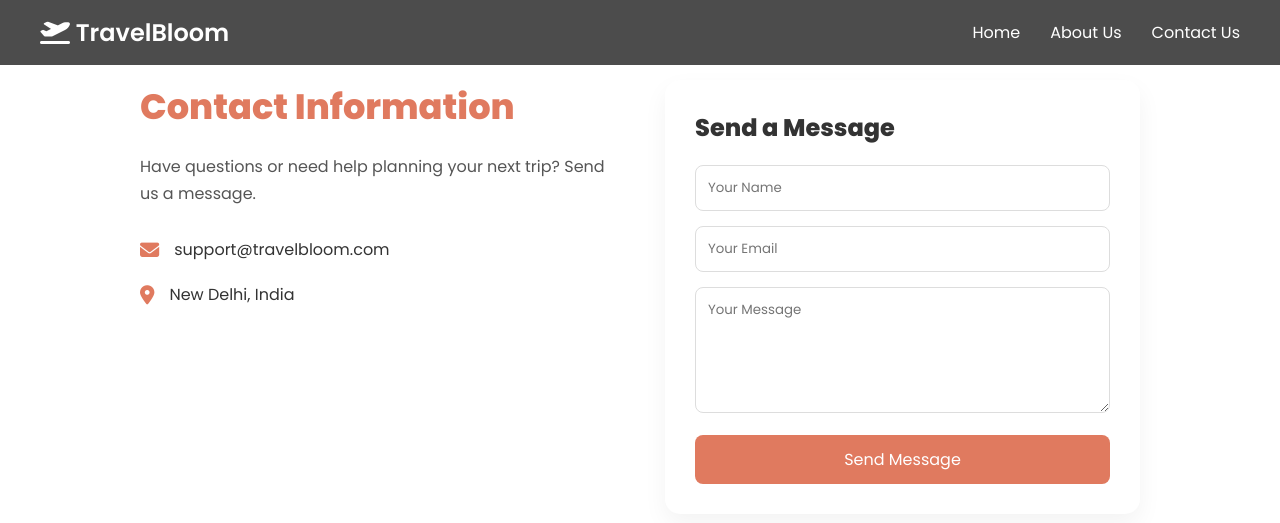
Repository: LatikaAdhikari064/TravelBloom_Project
Page: contact.html
These files come from the project's save history. The page is drawn as it stood at one moment and after the next save; the edit follows.
The browser window is 1280 px wide. The pictures show the whole page.

Above is the page before, as saved 2026-01-08 20:58:39.

After the next save:
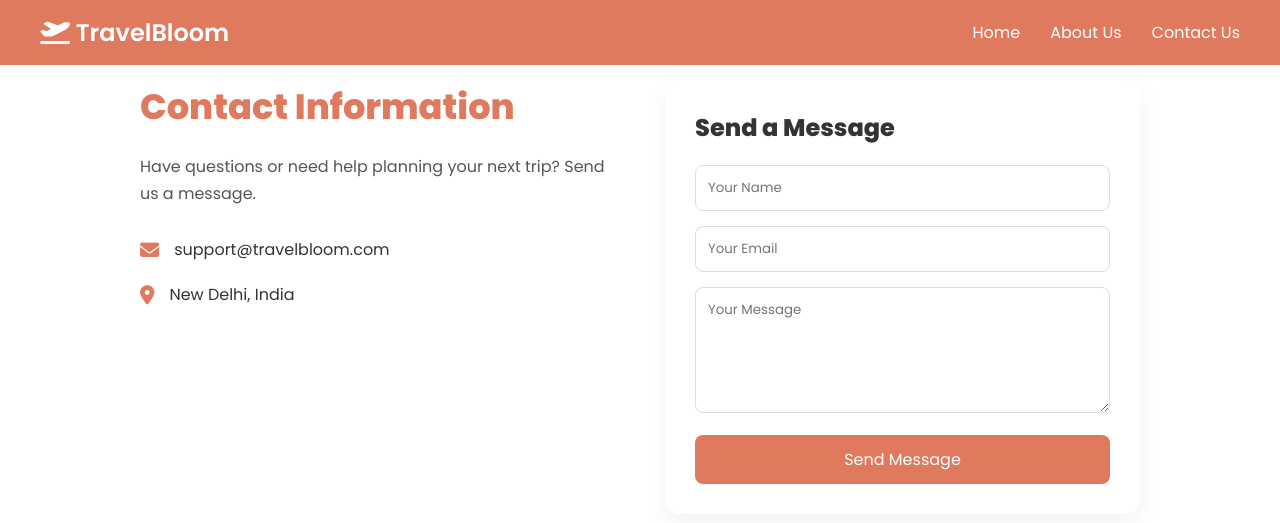
Saved 12 s later.
--- a/contact.css
+++ b/contact.css
@@ -15,7 +15,7 @@
     display: flex;
     justify-content: space-between;
     align-items: center;
-    background: rgba(0, 0, 0, 0.7);
+    background:#E07A5F;
     backdrop-filter: blur(8px);
     z-index: 1000;
 }
